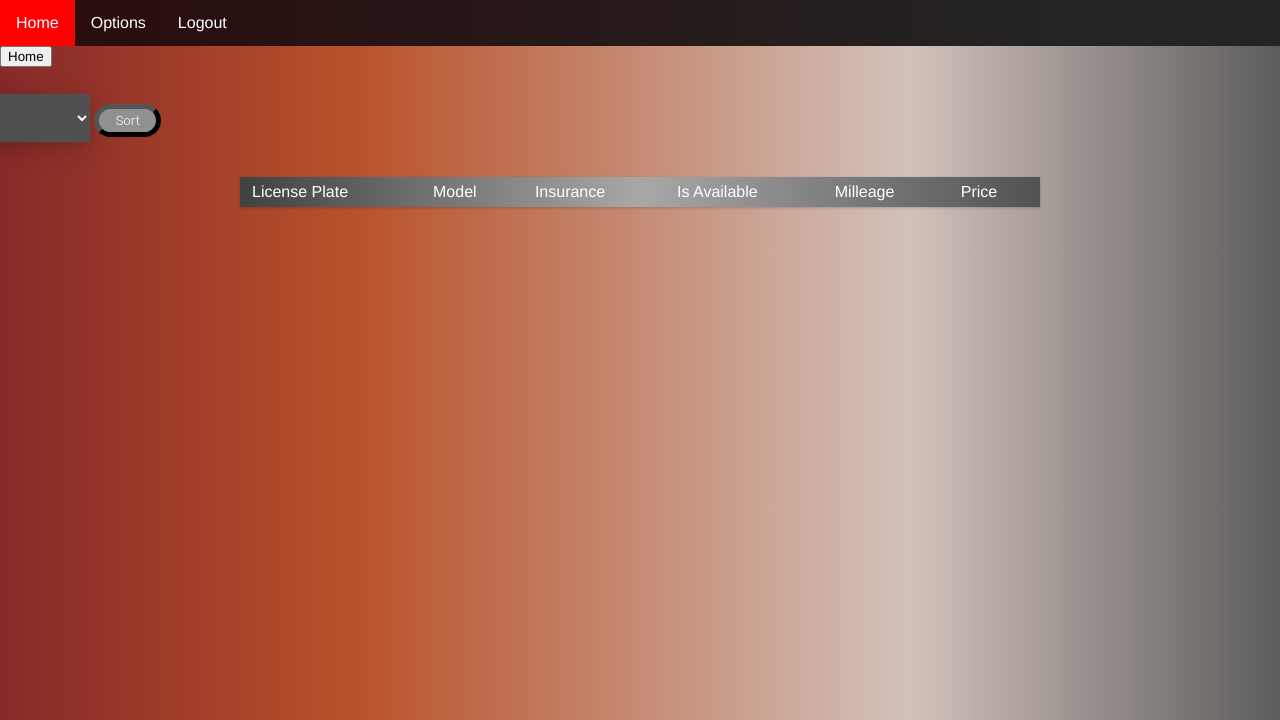
Repository: kensevv/nevexisDemos
Page: http://localhost/Car_Rental_Management_System/VehicleList.jsp
These files come from the project's save history. The page is drawn as it stood at one moment and after the next save; the edit follows.
The browser window is 1280 px wide. The pictures show the whole page.
The page is served by Tomcat 9. Nobody is signed in. The application's start-up code is not run. Other server files are loaded and not shown. The template is opened directly, without the code that normally fills it, so the values that code supplies are empty.

Above is the page before, as saved 2021-03-25 23:09:05.

### Car_Rental_Management_System/src/main/webapp/VehicleList.jsp

<%@ page language="java" contentType="text/html; charset=UTF-8"
	pageEncoding="UTF-8"%>
<%@ taglib uri="http://java.sun.com/jsp/jstl/core" prefix="c"%>

<!DOCTYPE html>
<html>
<head>
<meta charset="ISO-8859-1">
<title>Vehicle List</title>
</head>
<body>
	<div class="navbar">
		<a href="home.jsp">Home</a>
		<div class="dropdown">
			<button class="dropbtn">
				Options <i class="fa fa-caret-down"></i>
			</button>
			<div class="dropdown-content">
				<a href="list">List All Vehicles</a>
				<a href="VehicleForm.jsp">Add new Vehicle</a>
				<a href="removeForm">Remove Vehicle</a>
				<a href="edit">Modify Vehicle</a>
			</div>
		</div>
		<a href="login.jsp">Logout</a>
	</div>
	<form action="home.jsp" class="inline">
		<button>Home</button>
	</form>
	<div class="wrapper">
	<div class="box">
		<label for="orderBy" id="modifyTitle">Sort by:</label>
		<form method="get" action="list">
			<select name="orderBy" id="car">
				<option value="licPlate">License Plate</option>
				<option value="model">Model</option>
				<option value="insurance">Insurance</option>
				<option value="isAvailable">Is available</option>
				<option value="milleage">Milleage</option>
				<option value="price">Price</option>
			</select>
			<button type="submit" class="button">Sort</button>
		</form>
		</div>
		<div class="table">

			<div class="row header">
				<div class="cell">License Plate</div>
				<div class="cell">Model</div>
				<div class="cell">Insurance</div>
				<div class="cell">Is Available</div>
				<div class="cell">Milleage</div>
				<div class="cell">Price</div>
			</div>
			<c:forEach var="vehicle" items="${listVehicle}">
				<div class="row">
					<div class="cell" data-title="licPlate">
						<c:out value="${vehicle.licPlate}" />
					</div>
					<div class="cell" data-title="Model">
						<c:out value="${vehicle.model}" />
					</div>
					<div class="cell" data-title="Insurance">
						<c:out value="${vehicle.insurance}" />
					</div>
					<div class="cell" data-title="Is Available">
						<c:out value="${vehicle.isAvailable}" />
					</div>
					<div class="cell" data-title="Milleage">
						<c:out value="${vehicle.milleage}" />
					</div>
					<div class="cell" data-title="Price">
						<c:out value="${vehicle.price}" />
					</div>
				</div>
			</c:forEach>
		</div>
	</div>
</body>
<style><%@include file="css/style.css"%></style>
</html>

### Car_Rental_Management_System/src/main/webapp/css/style.css
@charset "UTF-8";

body, html, div#root {height: 100%; }

body {
    font-size: 16px;
    margin: 0;
    background: rgb(134,41,41);
background: linear-gradient(90deg, rgba(134,41,41,1) 0%, rgba(185,82,42,1) 28%, rgba(210,194,187,1) 71%, rgba(92,92,92,1) 100%);
}

* {
    font-family: Helvetica, sans-serif;
}

div#root {
    display: flex;
    flex-direction: column;
}

main {
    height: 100%;
   background: rgb(134,41,41);
background: linear-gradient(90deg, rgba(134,41,41,1) 0%, rgba(185,82,42,1) 28%, rgba(210,194,187,1) 71%, rgba(92,92,92,1) 100%);
}

header {
    display: flex;
    justify-content: space-between;
    align-items: center;

    padding-left: 5%;
    padding-right: 5%;

    height: 9%;
  }

main {
    display: flex;
    justify-content: center;
    align-content: flex-start;
    flex-wrap: wrap;
}

main{
    padding: 7px;
}

.button {
	display: inline-block;
	padding: 0.3em 1.2em;
	margin: 0 0.3em 0.3em 0;
	border-radius: 2em;
	box-sizing: border-box;
	text-decoration: none;
	font-family: 'Roboto', sans-serif;
	font-weight: 300;
	color: 	white;
	background-color: 	rgb(144,144,144);
	text-align: center;
	transition: all 0.2s;
	border-width: thick;
}

.header {
	color: white;
}

.navbar {
	overflow: hidden;
	background: rgb(42,11,11);
background: linear-gradient(90deg, rgba(42,11,11,1) 0%, rgba(36,36,36,1) 83%);
}

.navbar a {
	float: left;
	font-size: 16px;
	color: white;
	text-align: center;
	padding: 14px 16px;
	text-decoration: none;
}

.dropdown {
	float: left;
	overflow: hidden;
}

.dropdown .dropbtn {
	font-size: 16px;
	border: none;
	outline: none;
	color: white;
	padding: 14px 16px;
	background-color: inherit;
	font-family: inherit;
	margin: 0;
}

.navbar a:hover, .dropdown:hover .dropbtn {
	background-color: red;
}

.dropdown-content {
	display: none;
	position: absolute;
	background-color: #f9f9f9;
	min-width: 160px;
	box-shadow: 0px 8px 16px 0px rgba(0, 0, 0, 0.2);
	z-index: 1;
}

.dropdown-content a {
	float: none;
	color: black;
	padding: 12px 16px;
	text-decoration: none;
	display: block;
	text-align: left;
}

.dropdown-content a:hover {
	background-color: #ddd;
}

.dropdown:hover .dropdown-content {
	display: block;
}

.box {
	transform: translate(-50%, -50%);
}

.box select {
	background-color: rgb(80,80,80);
	color: white;
	padding: 12px;
	width: 250px;
	border: none;
	font-size: 20px;
	box-shadow: 0 5px 25px rgba(0, 0, 0, 0.2);
	-webkit-appearance: button;
	appearance: button;
	outline: none;
}

.box select option {
	padding: 30px;
	background-color: rgb(190,190,190);
}

.wrapper {
	margin: 0 auto;
	padding: 40px;
	max-width: 800px;
}
#sortBox {
	display: flex;
	flex-direction: column;
}
.table {
	margin: 0 0 40px 0;
	width: 100%;
	box-shadow: 0 1px 3px rgba(0, 0, 0, 0.2);
	display: table;
}

.row {
	display: table-row;
	background: rgb(65,65,65);
background: linear-gradient(90deg, rgba(65,65,65,1) 0%, rgba(168,168,168,1) 50%, rgba(82,82,82,1) 100%);
}

.cell {
	display: none;
	margin-bottom: 10px;
	padding: 6px 12px;
	display: table-cell;
}

.modify {
	display: flex;
    flex-direction: column;
}

#modifyTitle {
	color: white;
    font-size: larger;
    font-weight: bold;
    font-style: italic;
    background-color: 	rgb(144,144,144);
}

After the next save:
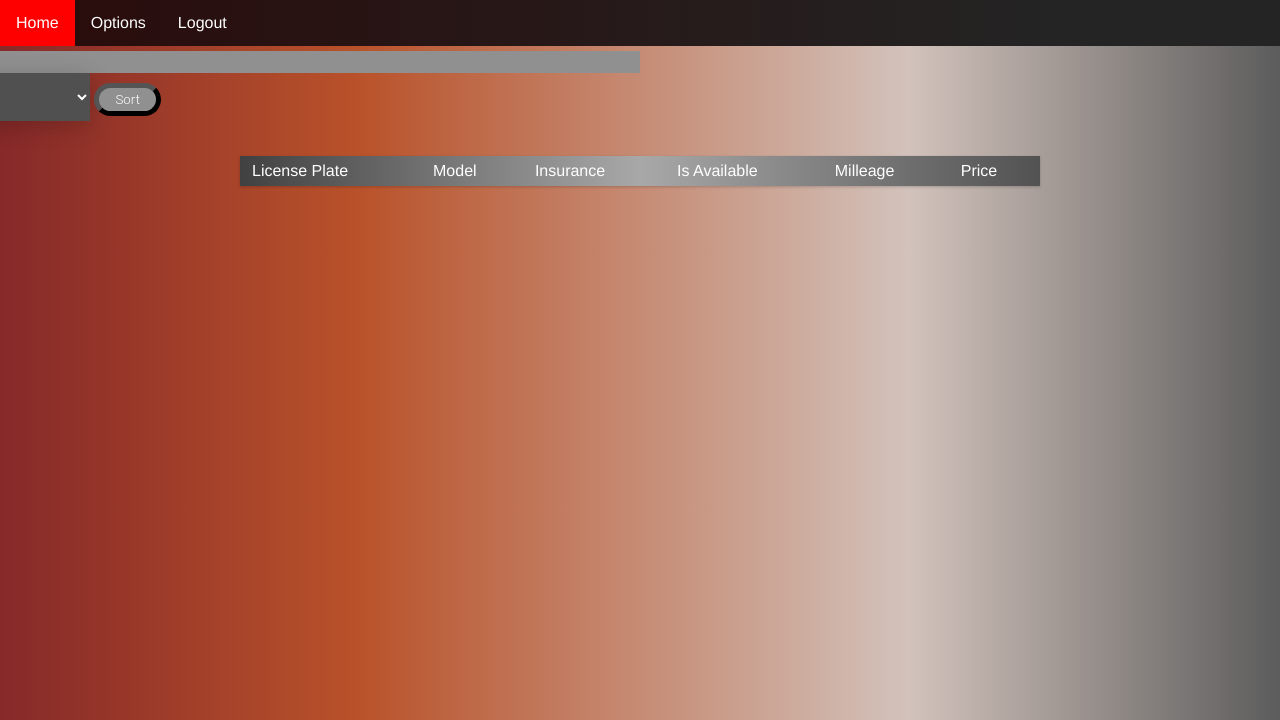
Saved 92 s later.
--- a/Car_Rental_Management_System/src/main/webapp/VehicleList.jsp
+++ b/Car_Rental_Management_System/src/main/webapp/VehicleList.jsp
@@ -17,31 +17,27 @@
 				Options <i class="fa fa-caret-down"></i>
 			</button>
 			<div class="dropdown-content">
-				<a href="list">List All Vehicles</a>
-				<a href="VehicleForm.jsp">Add new Vehicle</a>
-				<a href="removeForm">Remove Vehicle</a>
-				<a href="edit">Modify Vehicle</a>
+				<a href="list">List All Vehicles</a> <a href="VehicleForm.jsp">Add
+					new Vehicle</a> <a href="removeForm">Remove Vehicle</a> <a href="edit">Modify
+					Vehicle</a>
 			</div>
 		</div>
 		<a href="login.jsp">Logout</a>
 	</div>
-	<form action="home.jsp" class="inline">
-		<button>Home</button>
-	</form>
 	<div class="wrapper">
-	<div class="box">
-		<label for="orderBy" id="modifyTitle">Sort by:</label>
-		<form method="get" action="list">
-			<select name="orderBy" id="car">
-				<option value="licPlate">License Plate</option>
-				<option value="model">Model</option>
-				<option value="insurance">Insurance</option>
-				<option value="isAvailable">Is available</option>
-				<option value="milleage">Milleage</option>
-				<option value="price">Price</option>
-			</select>
-			<button type="submit" class="button">Sort</button>
-		</form>
+		<div class="box" id="sortBox">
+			<label for="orderBy" id="modifyTitle">Sort by:</label>
+			<form method="get" action="list">
+				<select name="orderBy" id="car">
+					<option value="licPlate">License Plate</option>
+					<option value="model">Model</option>
+					<option value="insurance">Insurance</option>
+					<option value="isAvailable">Is available</option>
+					<option value="milleage">Milleage</option>
+					<option value="price">Price</option>
+				</select>
+				<button type="submit" class="button">Sort</button>
+			</form>
 		</div>
 		<div class="table">
 
